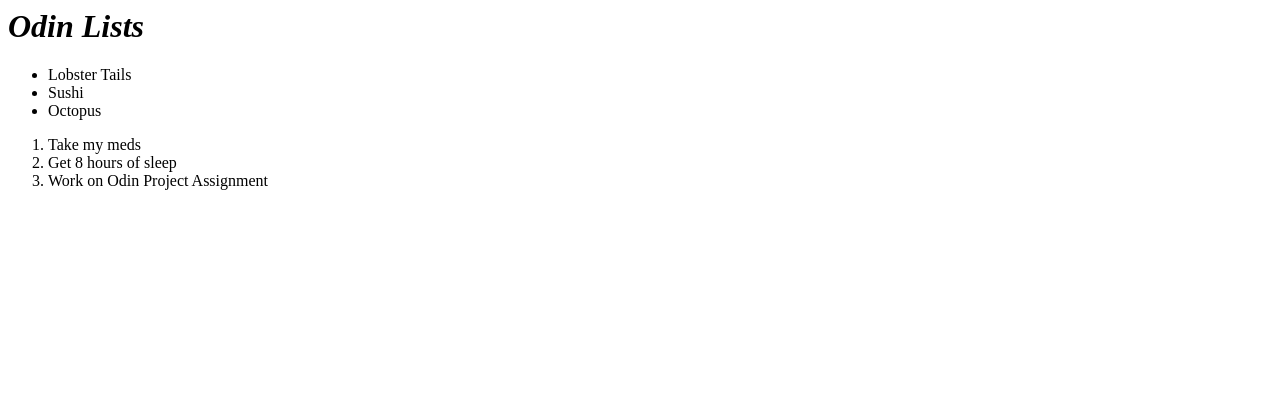
Repository: j0vesday/git_test
Page: root/new-file.html
These files come from the project's save history. The page is drawn as it stood at one moment and after the next save; the edit follows.
The browser window is 1280 px wide. The pictures show the whole page.

Above is the page before, as saved 2024-09-25 02:01:20.

### root/new-file.html
<DOCTYPE html>
<!DOCTYPE html>
<html lang="en">
<head>
    <meta charset="UTF-8">
    <meta name="viewport" content="width=device-width, initial-scale=1.0">
    <title>html-lists</title>
</head>
<body>
    <h1><em><strong>Odin Lists</strong></em></h1>
    <ul>
        <li>Lobster Tails</li>
        <li>Sushi</li>
        <li>Octopus</li>
    </ul>
    <ol>
        <li>Take my meds</li>
        <li> Get 8 hours of sleep</li>
        <li>Work on Odin Project Assignment</li>
    </ol>
</body>
</html>

After the next save:
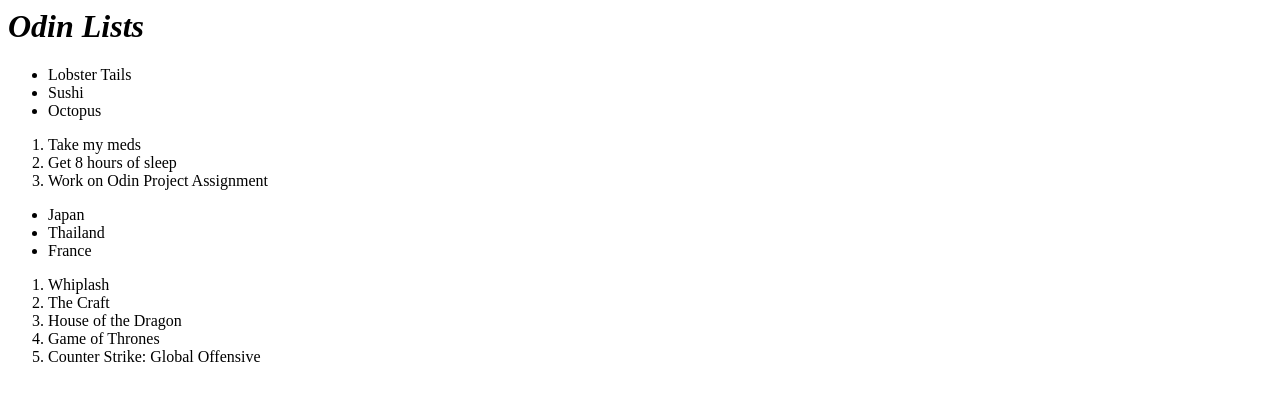
Saved 2 min 57 s later.
--- a/root/new-file.html
+++ b/root/new-file.html
@@ -18,5 +18,17 @@
         <li> Get 8 hours of sleep</li>
         <li>Work on Odin Project Assignment</li>
     </ol>
+    <ul>
+        <li>Japan</li>
+        <li>Thailand</li>
+        <li>France</li>
+    </ul>
+    <ol>
+        <li>Whiplash</li>
+        <li>The Craft</li>
+        <li>House of the Dragon</li>
+        <li> Game of Thrones</li>
+        <li>Counter Strike: Global Offensive</li>
+    </ol>
 </body>
 </html>
